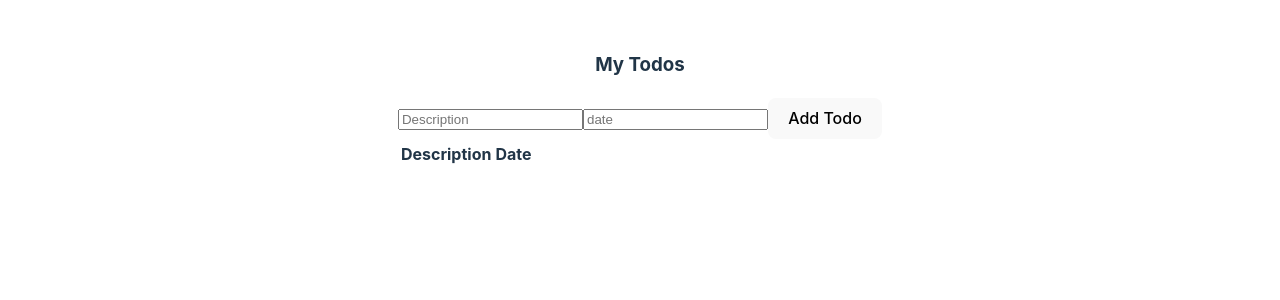
Repository: Aminul-Islam85/Todolist-with-delete
Page: /
The author's editor kept a copy of each file at every save. The page is drawn from the files as they stood at one save, then again after the next save.
The browser window is 1280 px wide. The pictures show the whole page.
The project was rebuilt for these pictures with package versions that can differ from the ones it lists, and the page was loaded fresh each time. Also part of the build but not shown: vite.config.js.

Above is the page before, as saved 2024-09-17 09:48:57.

After the next save:
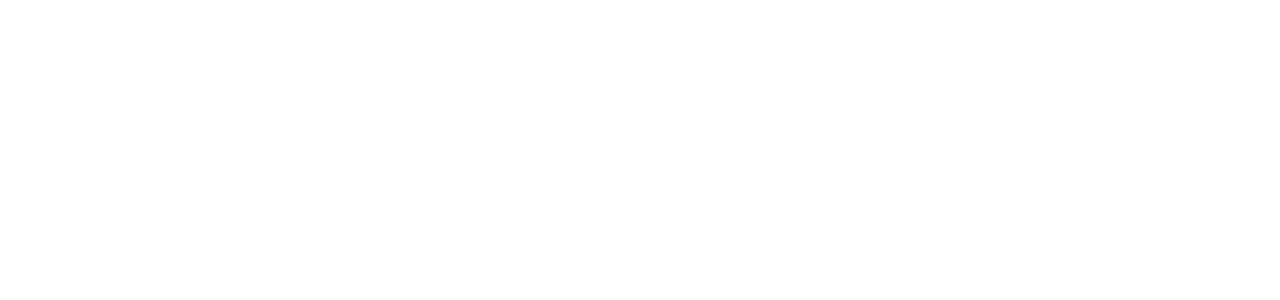
Console error: ReferenceError: TodoTable is not defined
Saved 4 min 25 s later.
--- a/src/components/TodoList.jsx
+++ b/src/components/TodoList.jsx
@@ -1,5 +1,5 @@
 import { useState } from 'react';
-import TodoTable from './TodoTable';
+
 
 const TodoList = () => {
     const [todo, setTodo] = useState({ description: "", duedate: "" });

After the 2 saves that followed:
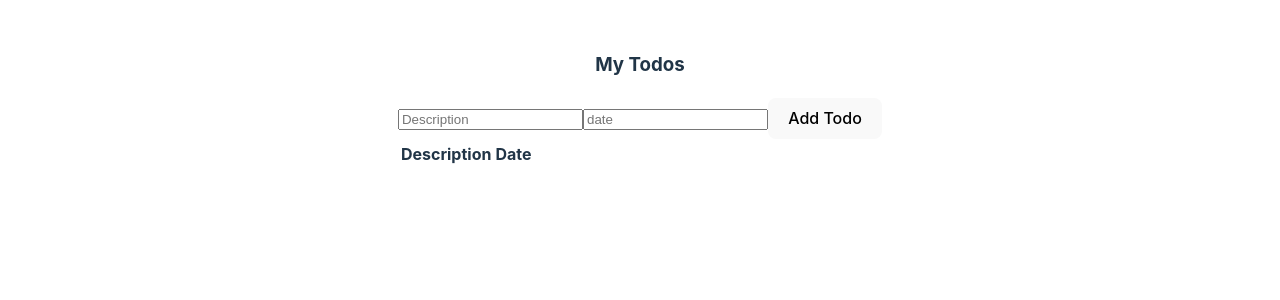
The error is gone.
The 2 saves are shown as one change because 1 did not build or start.
The last was saved 74 s later.
--- a/src/components/TodoList.jsx
+++ b/src/components/TodoList.jsx
@@ -1,4 +1,5 @@
 import { useState } from 'react';
+import TodoTable from './TodoTable';
 
 
 const TodoList = () => {
@@ -33,7 +34,7 @@
                 onChange={event => setTodo({ ...todo, duedate: event.target.value })}
             />
             <button onClick={handleAdd}>Add Todo</button>
-            <TodoTable todos={todos} handleDelete={handleDelete}/>
+           <TodoTable todos={todos} handleDelete={handleDelete}/>
 
         </>
     );
